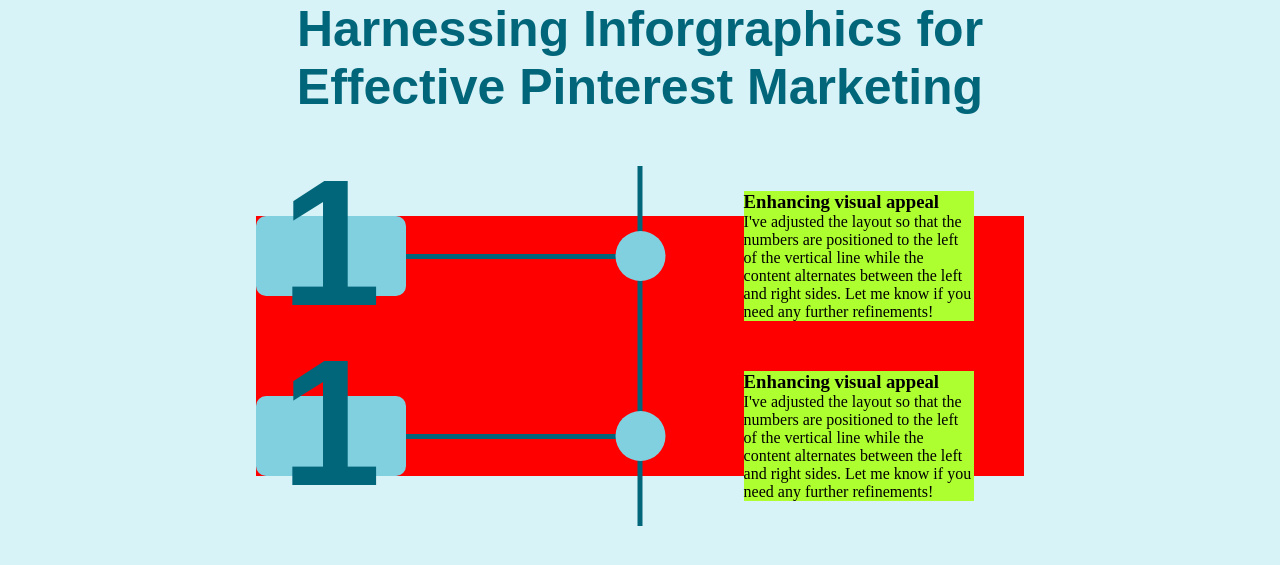
Repository: ayushrajput545/InforGraphic-page
Page: index.html
These files come from the project's save history. The page is drawn as it stood at one moment and after a run of saves; the edit follows.
The browser window is 1280 px wide. The pictures show the whole page.
Some web fonts or font styles are not loaded; a fallback is used.

Above is the page before, as saved 2025-04-01 23:00:48.

After the next 2 saves:
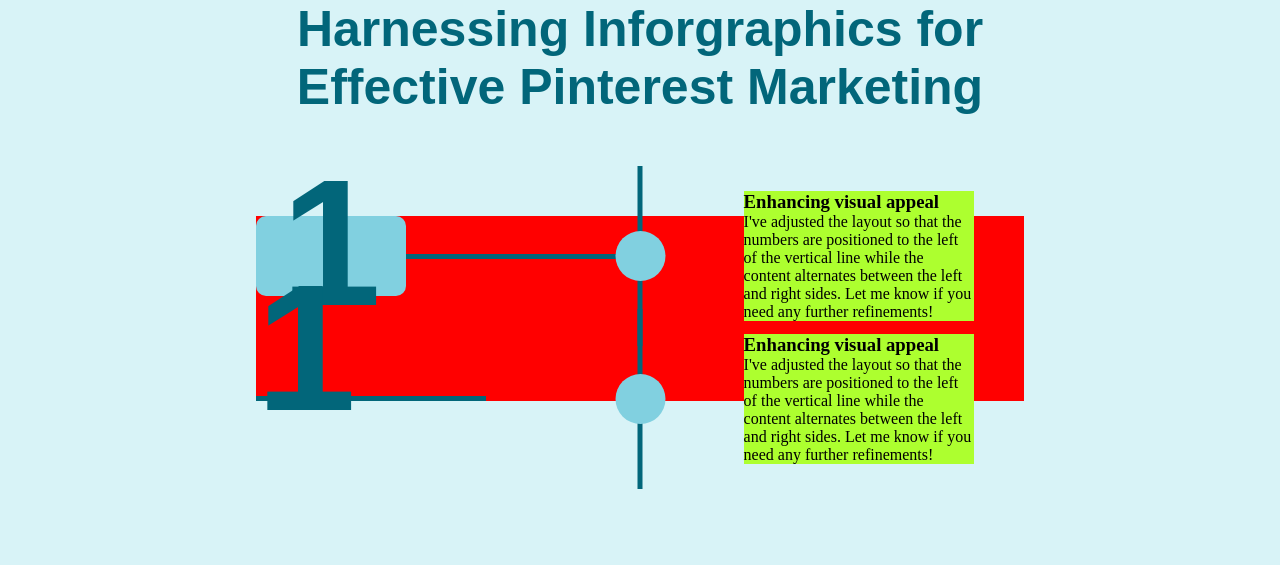
The 2 saves are shown as one change because they came seconds apart.
The last was saved 76 s later.
--- a/index.html
+++ b/index.html
@@ -40,7 +40,7 @@
 
         <div class="content-steps-even">
 
-            <div class="overlap">
+            <div class="overlap-even">
                 <h1 class="steps">1</h1>
             </div>
 

After the 4 saves that followed:
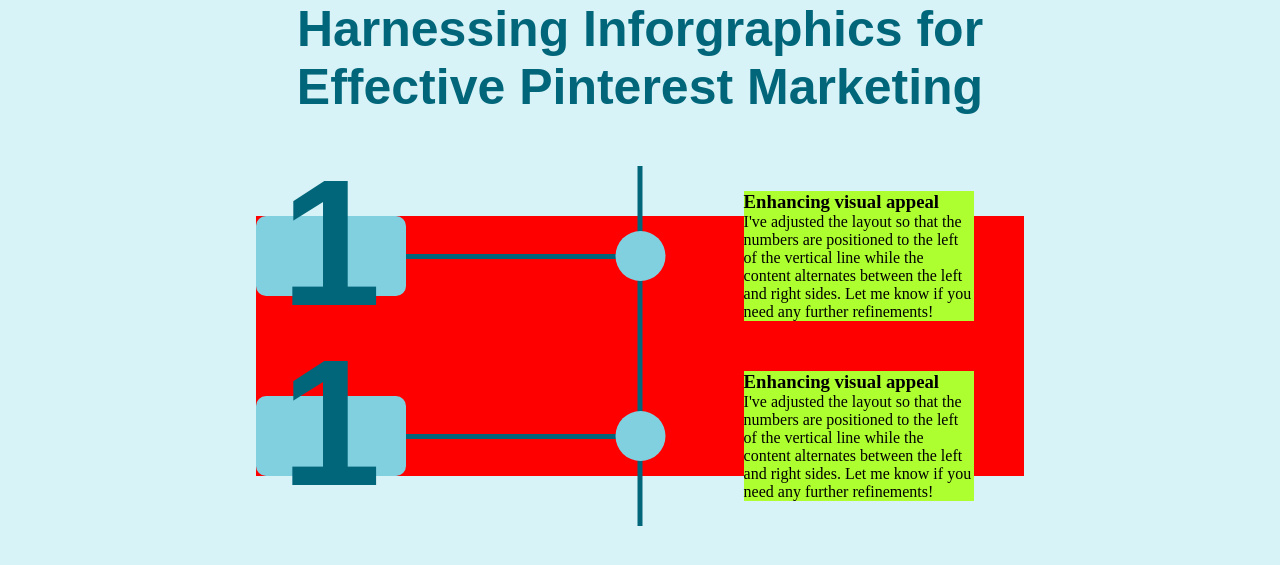
The 4 saves are shown as one change because 1 left the picture as it was and some came seconds apart.
The last was saved 24 s later.
--- a/style.css
+++ b/style.css
@@ -97,3 +97,14 @@
     align-items: center;
     position: relative;
 }
+
+.overlap-even{
+    background-color: #81d0e0;
+    width: 150px;
+    height: 80px;
+    position: relative;
+    z-index: 1;
+    display: flex;
+    justify-content: center;
+    border-radius: 10px;
+}
